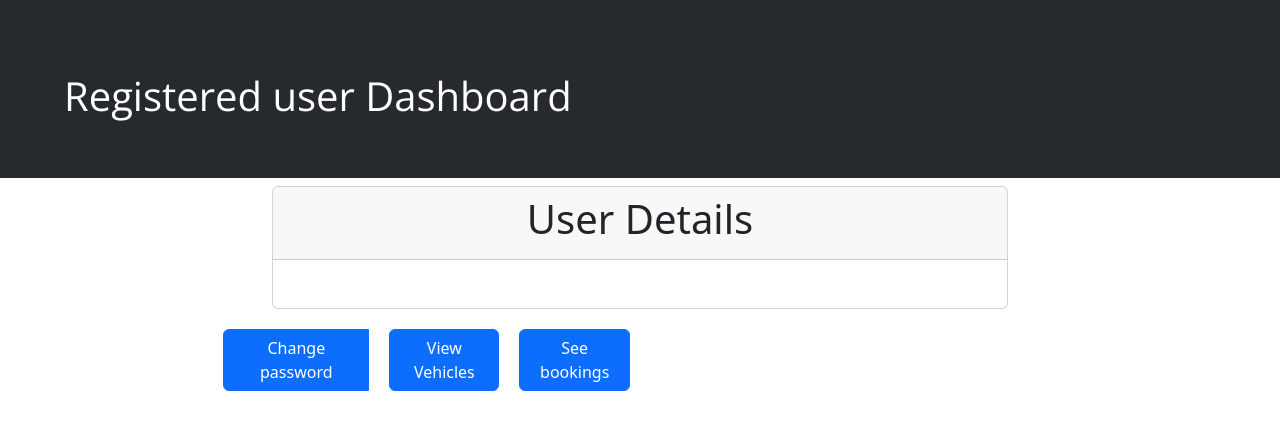
Repository: VimashaVishvani/VehicleRental
Page: http://localhost/Vehicle_rentalDb/registeredUser.jsp
These files come from the project's save history. The page is drawn as it stood at one moment and after the next save; the edit follows.
The browser window is 1280 px wide. The pictures show the whole page.
The page is served by Tomcat 9. Other server files are loaded and not shown.

Above is the page before, as saved 2024-05-12 09:32:09.

### Vehicle_rentalDb/src/main/webapp/registeredUser.jsp
<%@ page language="java" contentType="text/html; charset=ISO-8859-1" pageEncoding="ISO-8859-1"%>
<%@ taglib prefix="c" uri="http://java.sun.com/jsp/jstl/core"%>
<!DOCTYPE html>
<html>
<head>
<link href="https://fonts.googleapis.com/css2?family=Open+Sans&display=swap" rel="stylesheet">

<style>
	.dashboard{
	padding-top:10vh;
	padding-left:5%;
	padding-bottom:8vh;
    background-color:#262A2E; /* Pale background color */
    font-family: 'Open Sans', sans-serif; /* Use Open Sans font */
    color: #ffffff; /* White text color */


	}
.btn-group {
    display: flex;
    justify-content: center;
    margin-top: 20px;
    align-items: center; /* Center items vertically */
}

.btn-group .btn {
    margin: 0 10px; /* Add some spacing between buttons */
}

</style>
    <meta charset="ISO-8859-1">
    <title>Car Owner</title>
    <link href="https://cdn.jsdelivr.net/npm/bootstrap@5.3.3/dist/css/bootstrap.min.css" rel="stylesheet" integrity="sha384-QWTKZyjpPEjISv5WaRU9OFeRpok6YctnYmDr5pNlyT2bRjXh0JMhjY6hW+ALEwIH" crossorigin="anonymous">
</head>
<body>

<c:if test="${param.result == 'booked'}">
    <script type="text/javascript">
        alert('You booked the car!');
    </script>
</c:if>
<c:if test="${param.result == 'Deleted'}">
    <script type="text/javascript">
        alert('record deleted!'');
    </script>
</c:if>

<h1 class="dashboard">Registered user Dashboard</h1>

<div class="container">
    <div class="row">
        <div class="col-md-8 offset-md-2">
            <div class="card">
                <div class="card-header">
                    <h1 class="text-center">User Details</h1>
                </div>
                <div class="card-body">
                    <table class="table">
                        <c:forEach var="user" items="${sessionScope.userDetails}">
                            <tr>
                                <td>Customer ID</td>
                                <td>${user.id}</td>
                            </tr>
                            <tr>
                                <td>Customer Name</td>
                                <td>${user.name}</td>
                            </tr>
                            <tr>
                                <td>Customer Email</td>
                                <td>${user.gmail}</td>
                            </tr>
                            <tr>
                                <td>Customer Phone</td>
                                <td>${user.phoneNumber}</td>
                            </tr>
                        </c:forEach>
                    </table>
                </div>
            </div>
        </div>
    </div>
</div>
<div class="btn-group col-md-4 offset-md-2">

<c:set var="userId" value="${sessionScope.userDetails[0].id}" />
<c:set var="pass" value="${sessionScope.userDetails[0].password}" />
<a href="userChangePw.jsp?id=${userId}&result=a&pw=${pass}" class="btn btn-primary">Change password</a>


<form action="vehicleServelet" method="get">
    <input type="hidden" value="${userId}" name="id">
    <input type="hidden" value="viewAvailableVehicle" name="task">
    <button type="submit"  class="btn btn-primary">View Vehicles</button>
</form>

<form action="bookingServlet" method="get">
    <input type="hidden" value="${userId}" name="id">
    <input type="hidden" value="ViewBookings" name="task">
    <button type="submit"  class="btn btn-primary">See bookings</button>
</form>
</div>
</body>
</html>

After the next save:
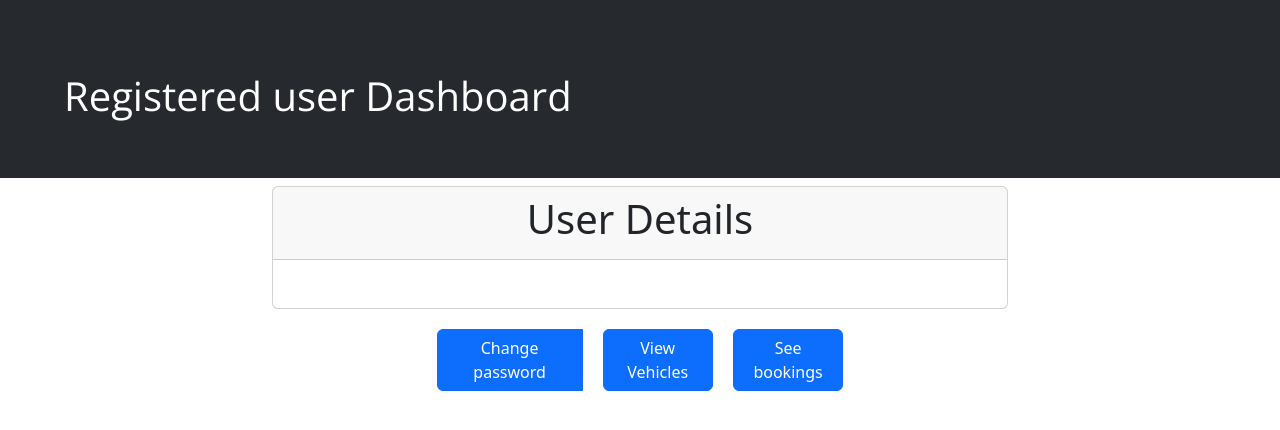
Saved 24 s later.
--- a/Vehicle_rentalDb/src/main/webapp/registeredUser.jsp
+++ b/Vehicle_rentalDb/src/main/webapp/registeredUser.jsp
@@ -80,7 +80,7 @@
         </div>
     </div>
 </div>
-<div class="btn-group col-md-4 offset-md-2">
+<div class="btn-group col-md-4 offset-md-4">
 
 <c:set var="userId" value="${sessionScope.userDetails[0].id}" />
 <c:set var="pass" value="${sessionScope.userDetails[0].password}" />
